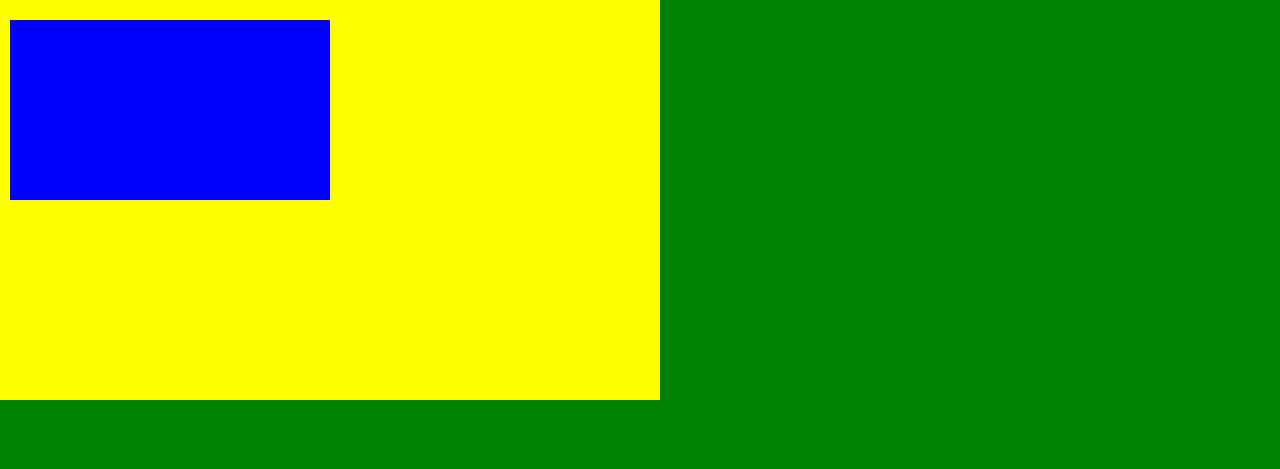
Repository: wonjunknag/kakao-clone
Page: 02-box-model/index.html
An editor plug-in stored every save of this project. The page is shown before and after the next save, followed by the edit.
The browser window is 1280 px wide. The pictures show the whole page.

Above is the page before, as saved 2020-06-30 23:01:25.

After the next save:
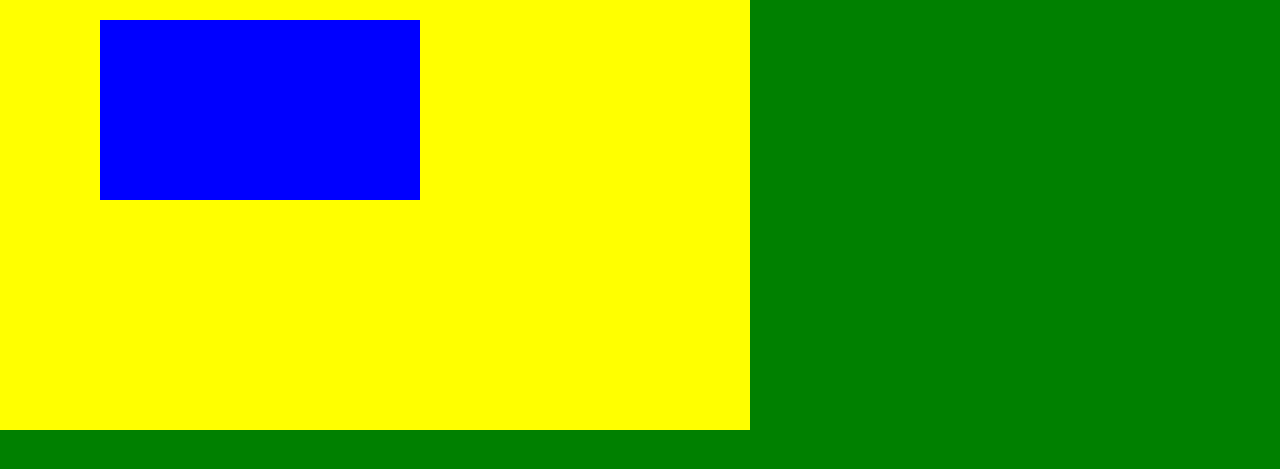
Saved 2 min 7 s later.
--- a/02-box-model/index.html
+++ b/02-box-model/index.html
@@ -17,7 +17,7 @@
         background-color: yellow;
         width: 50%;
         height: 50%;
-        padding: 20px 10px;
+        padding: 20px 10px 50px 100px;
       }
       .inside-box {
         background-color: blue;
